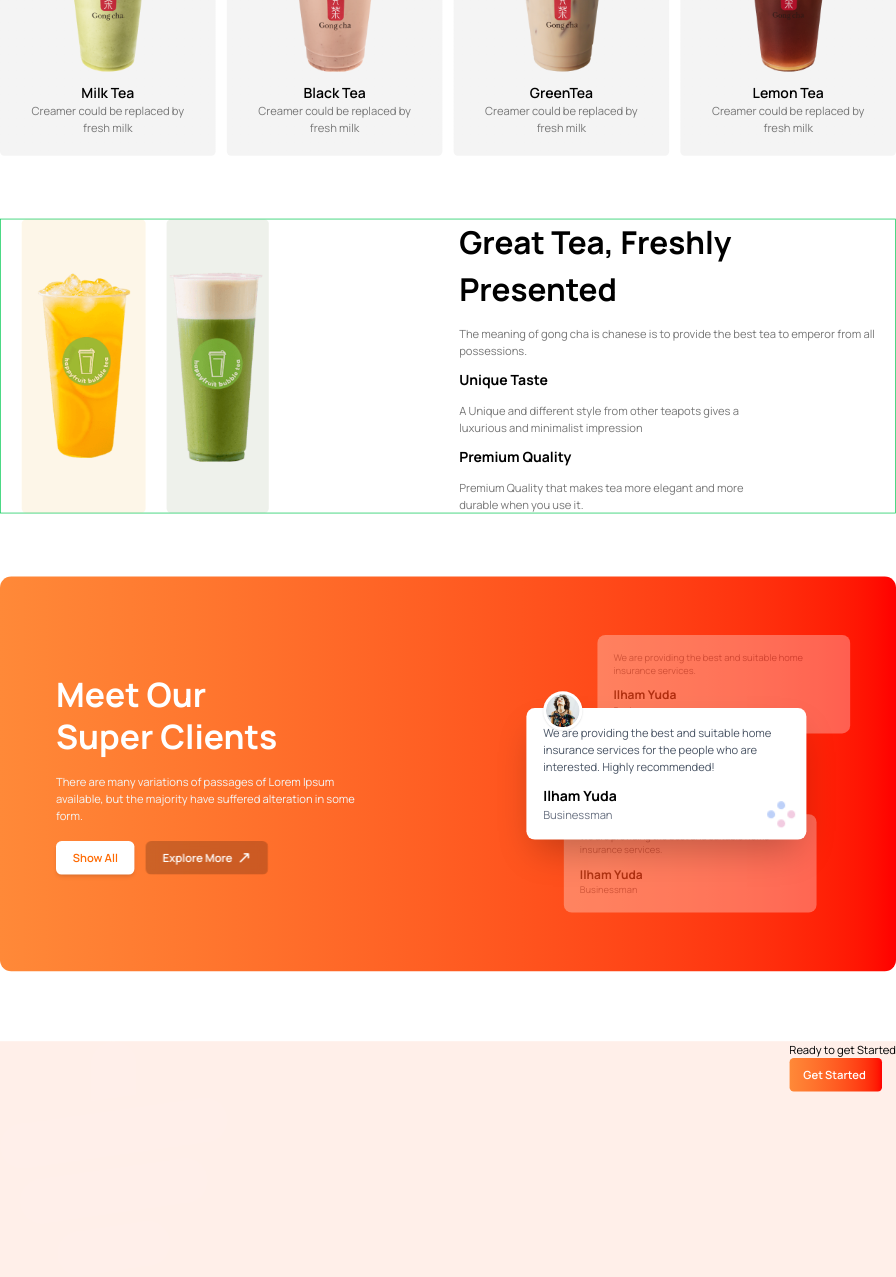
Repository: tanimtanzilislam/Tea-house
Page: index.html
These files come from the project's save history. The page is drawn as it stood at one moment and after the next save; the edit follows.
The browser window is 1280 px wide. The pictures show the part of the page from y = 1069 to 2989 px (the page is 2893 px tall before and 2989 px after), at 70% of full size.
Some web libraries are served in a nearby version.

Above is the page before, as saved 2026-04-10 17:49:00.

After the next save:
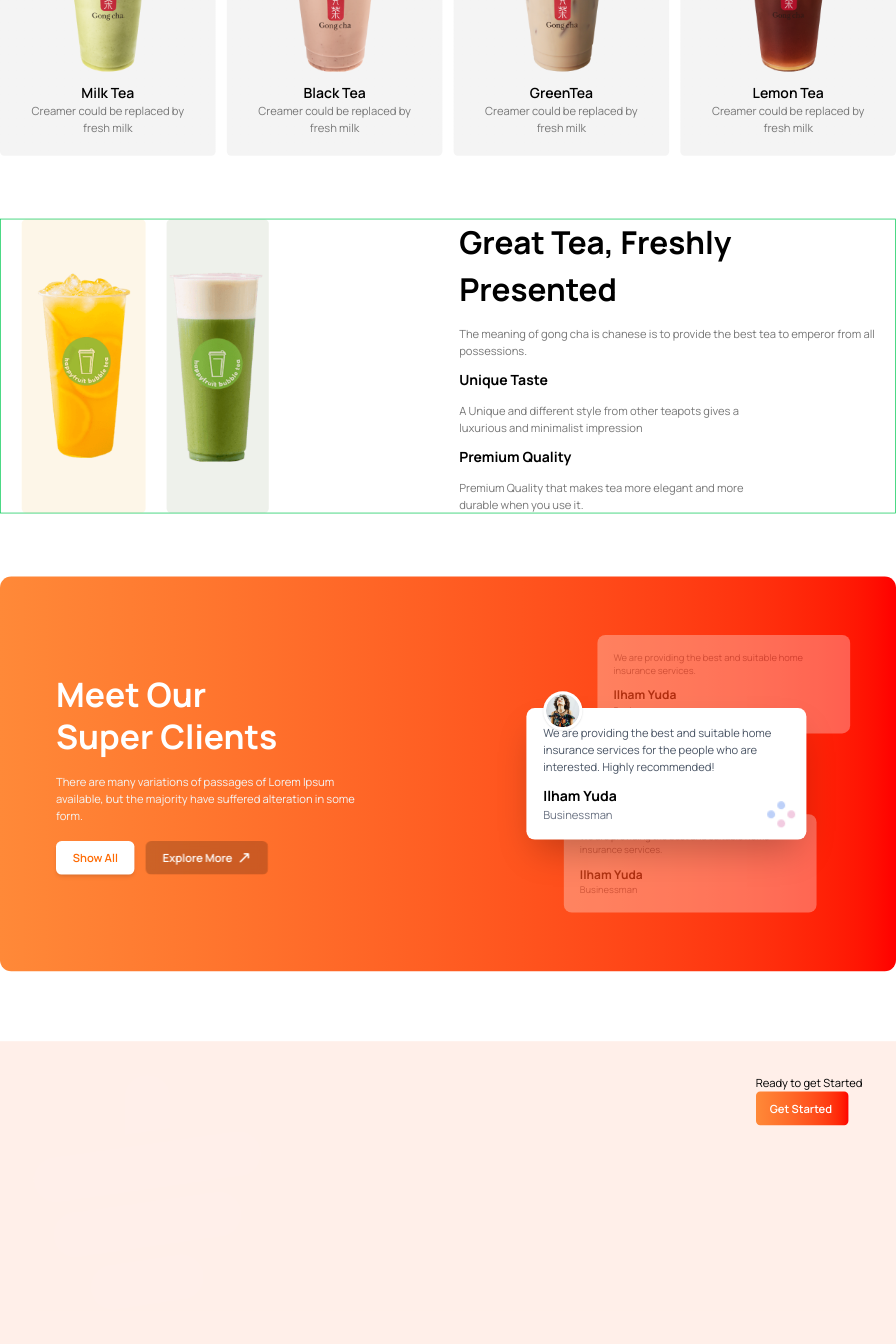
Saved 10 s later.
--- a/index.html
+++ b/index.html
@@ -205,7 +205,7 @@
 
 <section>
 
- <footer class="bg-[#ffefe9]">
+ <footer class="bg-[#ffefe9] p-12">
     <div class=" container mx-auto bg-[#ffefe9]">
  <!-- footer top -->
         <div class="flex justify-between">
